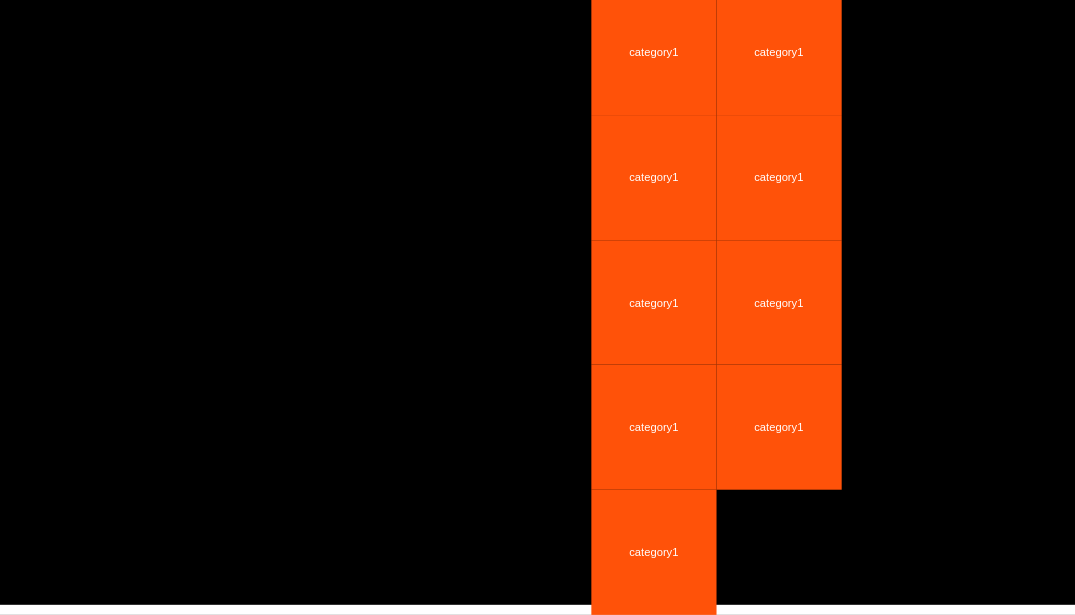
Repository: drumsmanku/react-capstone-project-2
Page: /categories
The author's editor kept a copy of each file at every save. The page is drawn from the files as they stood at one save, then again after the next save.
The browser window is 1280 px wide. The pictures show the whole page, at 84% of full size.
Some web fonts or font styles are not loaded; a fallback is used. The project was rebuilt for these pictures with package versions that can differ from the ones it lists, and the page was loaded fresh each time. Also part of the build but not shown: src/components/RegistrationPage.js, src/components/SubmitSuccess.js.

Above is the page before, as saved 2023-05-24 08:45:30.

### src/index.css
body,html{
  padding: 0;
  margin: 0;
}

### src/App.js
import './App.css';
import RegistrationPage from './components/RegistrationPage';
import SubmitSuccess from './components/SubmitSuccess';
import CategoriesPage from './components/CategoriesPage';
import { BrowserRouter as Router, Route, Routes} from 'react-router-dom';
function App() {
  const categories=['category1', 'category1','category1','category1','category1','category1','category1', 'category1','category1',];
  const colors=['#FF5209', '#FF5209','#FF5209','#FF5209','#FF5209','#FF5209','#FF5209','#FF5209','#FF5209',]
  return (
    <div className='App'>
      <Router>
        <Routes>
          <Route path='/' element={<RegistrationPage />}/>
          <Route path='/success' element={<SubmitSuccess/>}/>
          <Route path='/categories' element={<CategoriesPage categories={categories} backgroundcolor={colors} />}/>
        </Routes>
      </Router>
    </div>
  );
}

export default App;

### src/App.css
.App {
  margin: 0;
  padding: 0;

}

### src/components/CategoriesPage.js
import React from 'react'
import './CategoriesPage.css'

function CategoriesPage(props) {
  const{categories, backgroundcolor}=props
  return (
    <div className='container'>
      <div className='first-container'>

      </div>
      <div className='second-container'>
        <div className='category-container'>
          {categories.map((category, index)=>(
            <button style={{border:'none', background:'none',color:'white', backgroundColor:backgroundcolor[index], height:'9.3rem', width:'9.3rem'}} key={index}>{category}</button>
          ))}
        </div>
        <div>
          {/* next page button */}
        </div>

      </div>
    </div>
  )
}

export default CategoriesPage

### src/components/RegistrationPage.css
@import url('https://fonts.googleapis.com/css2?family=Roboto:wght@900&display=swap');
@import url('https://fonts.googleapis.com/css2?family=Single+Day&display=swap');
@import url('https://fonts.googleapis.com/css2?family=DM+Sans&display=swap');
.reg-page{
  background-image: url('../Assets/back1.png');
  background-size: 50% 120%;
  background-repeat: no-repeat;
  height: 100vh;

  background-color: black;
  display: flex;
}
.first-div{
  font-family:'Roboto';
  color: white;
  width: 50%;
  height: 100vh;
  display: flex;
  justify-content: center;
  position: relative;
}
.first-first-div{
  width: 70%;
  position: absolute;
  bottom: 4.5rem;
}
.first-first-div h1{
  font-size: 3rem;
  padding: 0;
  margin: 0;
}
.second-div{
  height: inherit;
  width: 50%;
  display: flex;
  flex-direction: column;
  justify-content: center;
  align-items: center;
  color: white;
}
.second-div h1{
  font-family: 'Single Day';
  font-size: 3.3rem;
  color: #72DB73;
  font-weight: 400;
  margin: 0;
}
.second-div h4{
  font-family: 'DM Sans';
  font-weight: 200;
  margin-bottom: 2rem;
  margin-top: 1rem;
  font-size: 1.1rem;
}
form{
  display: flex;
  flex-direction: column;
}
form input[type=text]{
  margin: 0.7rem;
  width: 23rem;
  height: 2.9rem;
  border: none;
  background-color: #292929;
  border-radius: 0.1rem;
  font-family: 'DM Sans';
}
form input[type=number]{
  margin: 0.7rem;
  width: 23rem;
  height: 2.9rem;
  border: none;
  background-color: #292929;
  border-radius: 0.1rem;
  font-family: 'DM Sans';

}
form input[type=email]{
  margin: 0.7rem;
  width: 23rem;
  height: 2.9rem;
  border: none;
  background-color: #292929;
  border-radius: 0.1rem;
  font-family: 'DM Sans';
}

form input::placeholder{
  padding-left: 0.9rem;
  font-size: 1rem;
}
.checkbox1{
  width: 100%;
  display: flex;
  padding-left: 0.5rem;
  font-family: 'DM Sans';
  margin: 1.6rem 0 1.6rem 0;
  font-size: 0.9rem;
}
.checkbox1 input[type="checkbox"]{
  margin-right: 1rem;
  border: none;
  transform: scale(1.4);
}
form button{
  background-color: #72DB73;
  border: none;
  height: 3rem;
  width: 23rem;
  border-radius: 2.2rem;
  font-size: 1.4rem;
  font-family: 'DM Sans';
  font-weight: 600;
  color: white;
  letter-spacing: 0.2rem;
}

### src/components/CategoriesPage.css
.container{
  display:flex;
  background-color: black;
  height: 100vh;
  width: 100%;
}
.first-container{
  height: inherit;
  width: 40%;
}

.second-container{
  height: inherit;
  width: 60%;
  display: flex;
  flex-direction: column;
  justify-content: center;
  align-items: center;

}
.category-container{
  width: 50%;
}

Loaded but not shown: public/index.html (common file); src/index.js (common file)

After the next save:
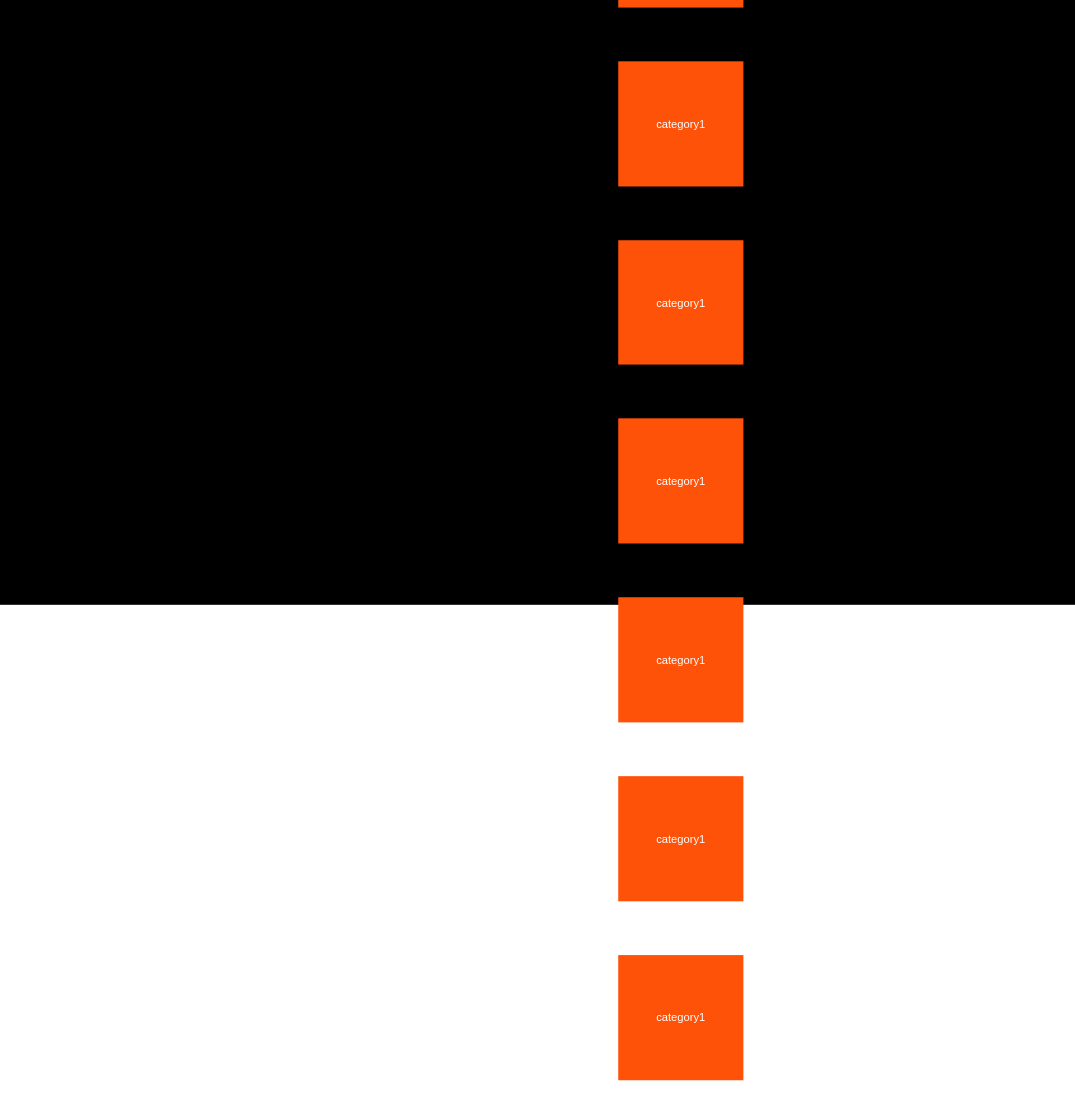
Saved 49 s later.
--- a/src/components/CategoriesPage.js
+++ b/src/components/CategoriesPage.js
@@ -11,7 +11,7 @@ function CategoriesPage(props) {
       <div className='second-container'>
         <div className='category-container'>
           {categories.map((category, index)=>(
-            <button style={{border:'none', background:'none',color:'white', backgroundColor:backgroundcolor[index], height:'9.3rem', width:'9.3rem'}} key={index}>{category}</button>
+            <button style={{border:'none', background:'none',color:'white', backgroundColor:backgroundcolor[index], height:'9.3rem', width:'9.3rem', margin:'2rem'}} key={index}>{category}</button>
           ))}
         </div>
         <div>
